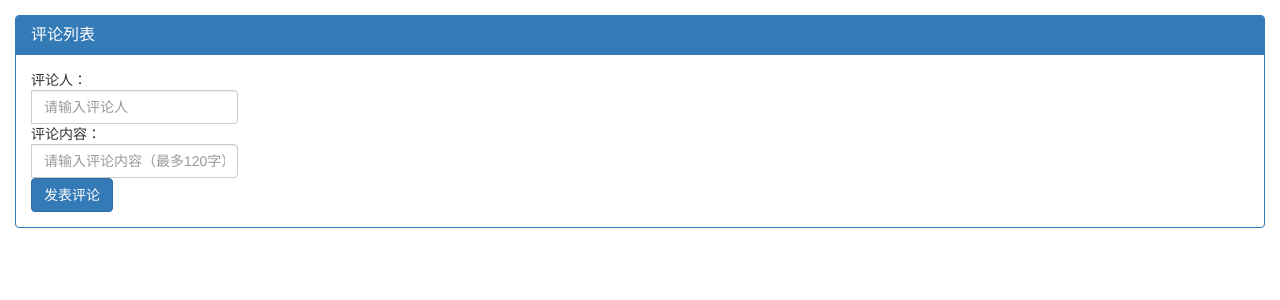
Repository: R1Deemo/ajax
Page: 评论列表.html
The author's editor kept a copy of each file at every save. The page is drawn from the files as they stood at one save, then again after the next save.
The browser window is 1280 px wide. The pictures show the whole page.

Above is the page before, as saved 2022-10-26 10:14:14.

After the next save:
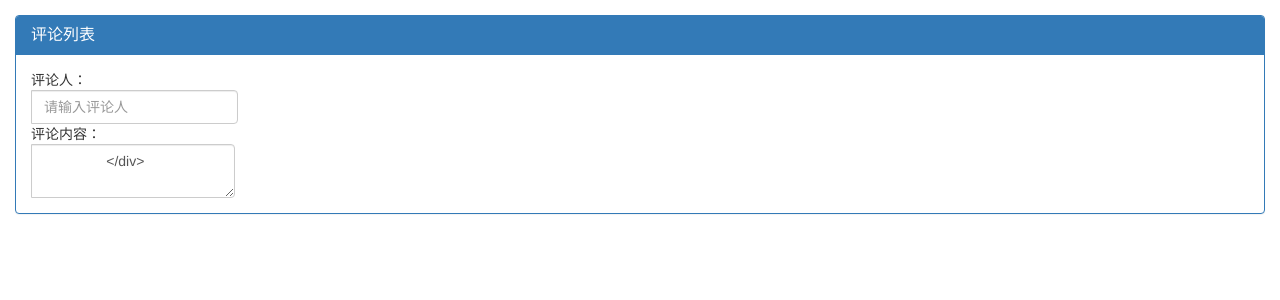
Saved 82 s later.
--- a/评论列表.html
+++ b/评论列表.html
@@ -25,7 +25,7 @@
                 </div>
                 <div class="input-group">
                     <div>评论内容：</div>
-                    <input type="text" class="form-control" id="exampleInputAmount" placeholder="请输入评论内容（最多120字）">
+                    <textarea class="form-control" id="exampleInputAmount" placeholder="请输入评论内容（最多120字）">
                 </div>
 
 
